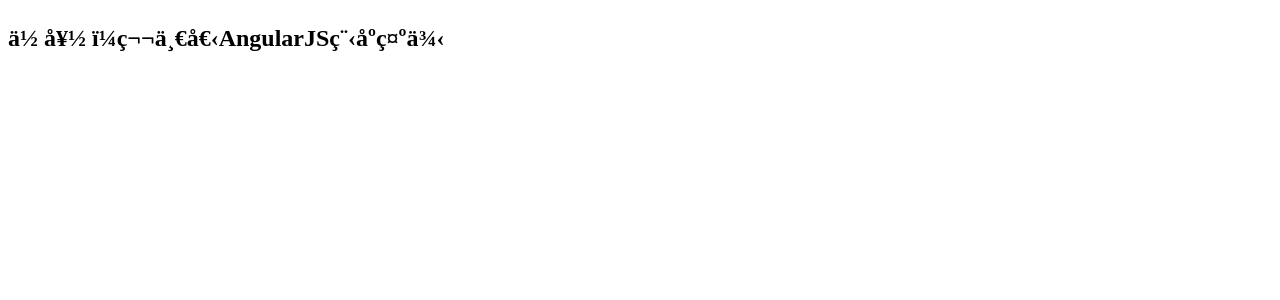
Repository: iikent2001/requestDemo
Page: http://localhost/requestPrj/AjaxDemo.jsp
An editor plug-in stored every save of this project. The page is shown before and after the next save, followed by the edit.
The browser window is 1280 px wide. The pictures show the whole page.
Some web libraries are served in a nearby version. The page is served by Tomcat 9. Other server files are loaded and not shown.

Above is the page before, as saved 2020-10-12 13:26:39.

### requestPrj/WebContent/AjaxDemo.jsp
<!doctype html>
<html>
   <head>
      <script src="https://ajax.googleapis.com/ajax/libs/angularjs/1.3.0-beta.17/angular.min.js"></script>
   	  <script>
         angular.module("myapp", [])
         .controller("AjaxController", function($scope) {
            $scope.helloTo = {};
            $scope.helloTo.title = "AngularJS";
         });
      </script>
   <title>第一個AngularJS程序</title>
   </head>
   <body ng-app="myapp">
      <div ng-controller="AjaxController" >
         <h2>你好 ！第一個{{helloTo.title}}程序示例</h2>
      </div>

   </body>
</html>

After the next save:
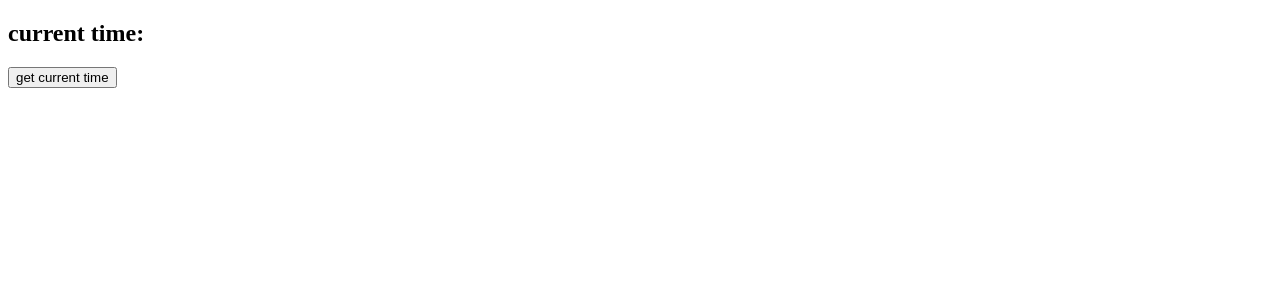
Saved 78 s later.
--- a/requestPrj/WebContent/AjaxDemo.jsp
+++ b/requestPrj/WebContent/AjaxDemo.jsp
@@ -4,16 +4,23 @@
       <script src="https://ajax.googleapis.com/ajax/libs/angularjs/1.3.0-beta.17/angular.min.js"></script>
    	  <script>
          angular.module("myapp", [])
-         .controller("AjaxController", function($scope) {
-            $scope.helloTo = {};
-            $scope.helloTo.title = "AngularJS";
+         .controller("AjaxController", function($scope,$http) {
+        	 $scope.time = "";
+        	 $scope.getTime=function() {
+        		 var url="/requestPrj/AjaxDemoServlet";
+        		    $http.get(url).success( function(response) {
+        		    	$scope.time=response;
+                     });
+        		 };
+
          });
       </script>
    <title>第一個AngularJS程序</title>
    </head>
    <body ng-app="myapp">
       <div ng-controller="AjaxController" >
-         <h2>你好 ！第一個{{helloTo.title}}程序示例</h2>
+         <h2>current time:{{time}}</h2>
+         <button ng-click="getTime()">get current time</button>
       </div>
 
    </body>
